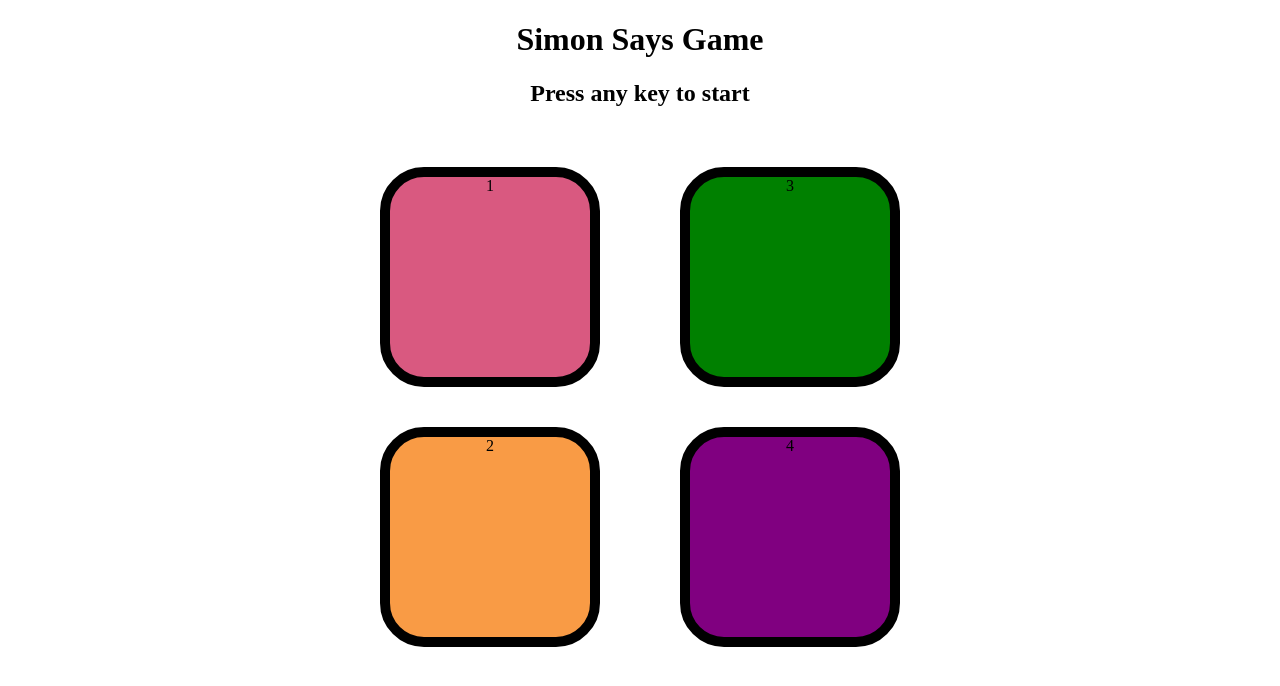
Repository: Manish-tomar-aligarh/Simon-Says-Game
Page: index.html
The author's editor kept a copy of each file at every save. The page is drawn from the files as they stood at one save, then again after a run of saves.
The browser window is 1280 px wide. The pictures show the whole page.

Above is the page before, as saved 2025-05-25 11:34:00.

### index.html
<!DOCTYPE html>
<html lang="en">
<head>
    <meta charset="UTF-8">
    <meta name="viewport" content="width=device-width, initial-scale=1.0">
    <title>Simon Says Game</title>
    <link rel="stylesheet" href="style.css">
</head>
<body>
    <h1>Simon Says Game</h1>
    <h2>Press any key to start</h2>

    <div class="box-container">

        <div class="line-one">
            <div class="btn red">1</div>
        <div class="btn yellow">2</div>

        </div>
        <div class="line-two">
            <div class="btn green">3</div>
        <div class="btn purple">4</div>

        </div>


    </div>

    <script src="app.js"></script>

</body>
</html>

### style.css
body{
    text-align: center;
}

.btn{
    height:200px;
    width:200px;
    border-radius: 20%;
    border : 10px solid black;
    margin:2.5rem;
}

.box-container{
    display:flex;
    justify-content: center;

}
.yellow{
    background-color: #f99b45;
}
.red{
    background-color: #d95980;
}
.green{
    background-color: green;
}
.purple{
    background-color: purple;
}

Loaded but not shown: app.js (no copy from this time; the picture is the same without it)

After the next 2 saves:
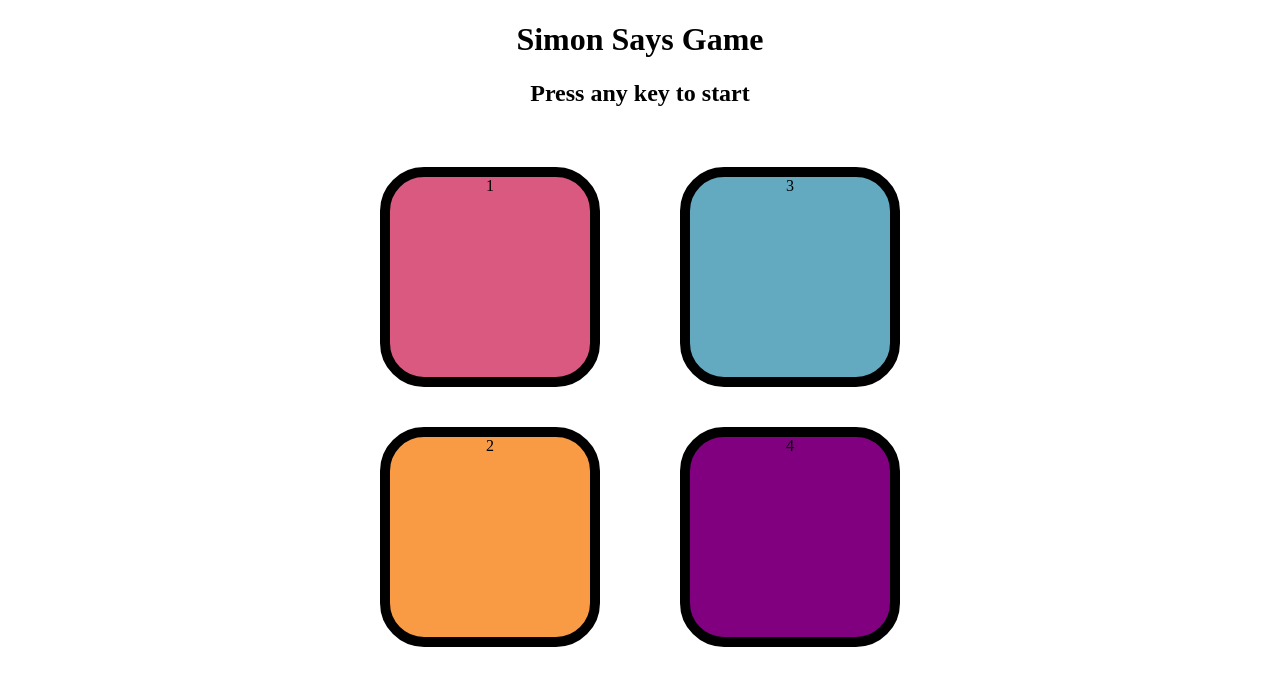
The 2 saves are shown as one change because they came seconds apart.
The last was saved 16 s later.
--- a/style.css
+++ b/style.css
@@ -22,7 +22,7 @@ body{
     background-color: #d95980;
 }
 .green{
-    background-color: green;
+    background-color: #63aac0;
 }
 .purple{
     background-color: purple;
